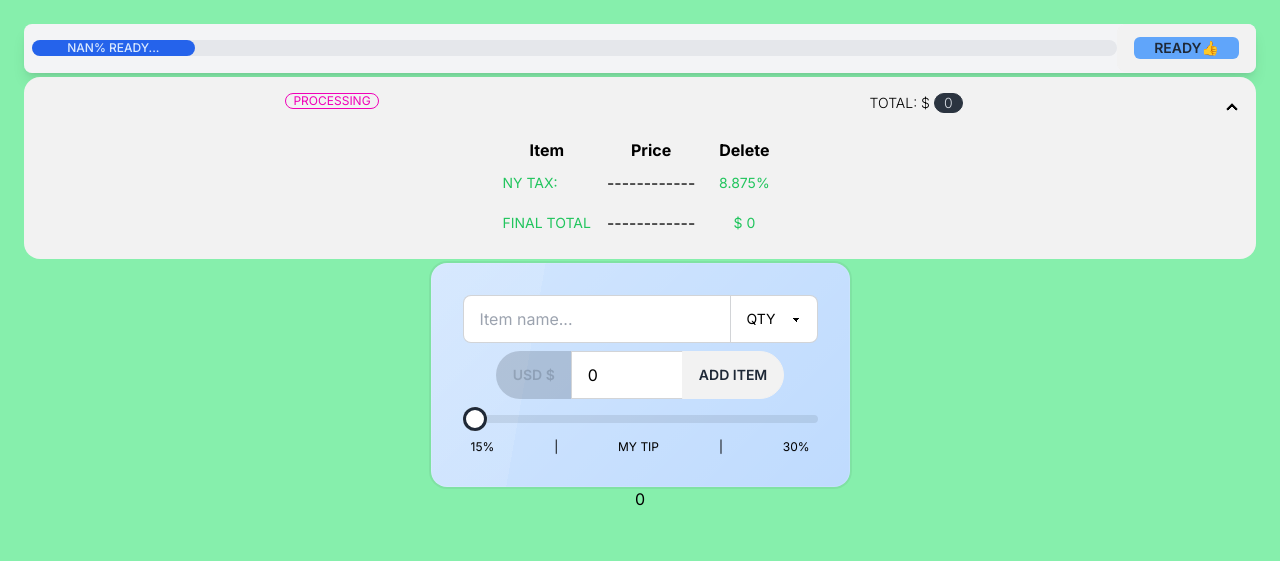
Repository: bitepay/bitepay-xyz
Page: /table
These files come from the project's save history. The page is drawn as it stood at one moment and after the next save; the edit follows.
The browser window is 1280 px wide. The pictures show the whole page.
The page's requests for data from a server got no answer. The project was rebuilt for these pictures with package versions that can differ from the ones it lists, and the page was loaded fresh each time. The framework's server and built-in components were replaced by stand-ins that run in the browser. No one was signed in, and anything a server would have sent is missing. Also part of the build but not shown: next.config.js.

Above is the page before, as saved 2023-06-28 07:47:19.

### src/pages/_app.js
import '@/styles/globals.css';
import { UserSocketProvider } from '@/context/UserSocketContext';

export default function App({ Component, pageProps }) {
  return (
    <UserSocketProvider>
      <Component {...pageProps} />
    </UserSocketProvider>
  )
}

### src/pages/table.js

// import Image from 'next/image'
import Head from "next/head"
// import Link from "next/link"
import { Inter } from 'next/font/google'

import { useUserSocketContext } from '@/context/UserSocketContext'

import { AddItemInput } from '@/components/AddItemInput'
import { ProgressBar } from '@/components/ProgressBar'
import { UserBill } from '@/components/UserBill'
import { MembersBill } from '@/components/MembersBill'

const inter = Inter({ subsets: ['latin'] })

export default function Table() {

  const { socket, user, tableMembers, setUser } = useUserSocketContext();

  if (user.tableID !== 0) {
    socket.emit('joinTable', user)
  }

  const handleUserDelete = (user, payload) => {
    socket.emit('userDeleteItem', {user, payload})
  };

  const handleUserUpdate = (user, payload) => {
    socket.emit('userUpdate', {user, payload})
  };

  const userUpdateStatus = (user) => {
    if (user.status === 'PROCESSING') {
      socket.emit('userUpdateStatus', { ...user, status: 'READY' })
    } else {
      socket.emit('userUpdateStatus', { ...user, status: 'PROCESSING' })
    }
  }

  return (
    <>
      <Head>
        <title>BitePay - Table</title>
        <meta name="description" content="The fastest and easiest way to divvy up the dining bill between your friends."></meta>
      </Head>

      <main className={`flex min-h-screen flex-col items-center p-6 ${inter.className} bg-green-300`} >

        <ProgressBar user={user} tableMembers={tableMembers} userUpdateStatus={userUpdateStatus} />
        <UserBill user={user} handleUserDelete={handleUserDelete} />
        <AddItemInput user={user} handleUserUpdate={handleUserUpdate} setUser={setUser} />
        <MembersBill tableMembers={tableMembers} userId={user.id}/>

      </main>
    </>
  )
}

### src/context/UserSocketContext.js
'use client';
import React, { createContext, useEffect, useState, useContext } from 'react'
import { io } from 'socket.io-client'


// Create a new context
const UserSocketContext = createContext({});

// Custom context provider component
export const UserSocketProvider = ({ children }) => {

  const [socket, setSocket] = useState(null);

  const [user, setUser] = useState({
    id: '',
    username: '',
    tableID: 0,
    myItems: [],
    tip: 15,
    total: 0,
    status: 'PROCESSING',
  });

  const [tableMembers, setTableMembers] = useState([]);

  // Establish the Socket.IO connection when the component mounts
  useEffect(() => {

    const socket = io('https://bitepay.xyz');
    setSocket(socket);

    socket.on('connect', () => {
      console.log('Successfully connected to the ws server!')
    })

    // set user id to the websocket id
    socket.on('setId', (data) => setUser((prevUser) => {
      prevUser.id = data
      return prevUser;
    }));

    // listen to events from ws server regarding members of the table
    socket.on('tableMembers', (data) => setTableMembers((prevTableMembers) => { return [...data.slice()] }));

    // listen to events from ws server regarding updates to tableMembers
    socket.on('tableMemberUpdate', (data) => {

      if (data.id === user.id) {
        setUser((prevUser) => {
          prevUser.myItems = data.myItems;
          prevUser.tip = data.tip;
          prevUser.total = data.total;
          prevUser.status = data.status;
          return prevUser;
        })
      }

      setTableMembers((prevTableMembers) => {
        return prevTableMembers.map((member) => {
          if (member.id === data.id) {
            member.myItems = data.myItems
            member.tip = data.tip
            member.total = data.total
            member.status = data.status
            return member
          } else {
            return member
          }
        })
      })
    });

    // listen to events from ws server regarding members leaving the table
    socket.on('userLeft', (data) => {
      setTableMembers((prevTableMembers) => {
        return prevTableMembers.filter((member) => {
          return member.id !== data.id
        })
      })
    });

    socket.on('disconnect', () => {
      console.log('Disconnected from the ws server!');
    });

    // Clean up the socket connection when the component unmounts
    return () => {
      socket.off('connect');
      socket.off('setId');
      socket.off('tableMembers');
      socket.off('tableMemberUpdate');
      socket.off('userLeft');
      socket.disconnect();
    };
  }, [user.id]);

  // Provide the socket object to the child components
  return (
    <UserSocketContext.Provider value={{socket, user, setUser, tableMembers, setTableMembers}}>
      {children}
    </UserSocketContext.Provider>
  );
};

// Export the SocketContext
export default UserSocketContext;

// Export a custom hook that can be used to consume this context
export const useUserSocketContext = () => useContext(UserSocketContext);

### src/components/AddItemInput.jsx
import { useState, useEffect } from 'react';

export const AddItemInput = ({ handleUserUpdate, user, setUser }) => {
	const [itemName, setItemName] = useState('');
	const [itemPrice, setItemPrice] = useState(0);
	const [itemQuantity, setItemQuantity] = useState(0);

	const handleClick = (e) => {
			if (itemQuantity === 0) {
					alert("Don't forget to add quantity!");
			}
			else if (itemPrice <= 0) {
					alert("Please don't forget to add your item's price!");
			}
			else if (itemName != "" && itemPrice > 0 && itemQuantity > 0) {
					const itemID = Math.ceil(Math.random()*1000000000);
					const payload = {itemID, itemName, itemPrice, itemQuantity};
					handleUserUpdate(user, payload);
					setItemName('');
					setItemPrice(0);
			} else {
					alert("Please fill out all fields");
			}
	}

	const handleTipChange = (e) => {
		e.preventDefault();
		setUser({...user, tip: parseInt(e.target.value)})
	}

	return (
		<>
			<div className="card glass w-auto bg-blue-200">
				<div className="card-body">
					<div className="join mx-auto">

						<input className="input input-bordered join-item max-w-34" placeholder="Item name..." value={itemName} onChange={(e) => {setItemName(e.target.value)}}/>

						<select className="select select-bordered join-item" value={itemQuantity} onChange={(e) => setItemQuantity(e.target.value)}>
							<option disabled value={0}>QTY</option>
							<option value={1/4}>
									1/4
							</option>
							<option value={1/3}>
									1/3
							</option>
							<option value={1/2}>
									1/2
							</option>
							<option value={1}>
									1
							</option>
							<option value={2}>
									2
							</option>
							<option value={3}>
									3
							</option>
							<option value={4}>
									4
							</option>
						</select>

					</div>
					<div className="mx-auto">
						<div className="join">
							<button className="btn join-item rounded-l-full" disabled="true">USD $</button>
							<input className="input input-bordered join-item w-28" placeholder="Price" type="number" value={itemPrice} onChange={(e) => {setItemPrice(e.target.value)}}/>
							<button className="btn join-item rounded-r-full" disabled={user.status === 'READY'} onClick={(e) => handleClick(e)}>ADD ITEM</button>
						</div>
					</div>
						<input type="range" className="range" min={15} max={30} value={user.tip} step={1} onChange={(e) => handleTipChange(e)} disabled={user.status === 'READY'} />
						<div className="w-full flex justify-between text-xs px-2">
							<span>15%</span>
							<span>|</span>
							<span>MY TIP</span>
							<span>|</span>
							<span>30%</span>
						</div>
				</div>
			</div>
		</>
	)
};

### src/components/ProgressBar.jsx
import { useState, useEffect } from 'react';

export const ProgressBar = ({ tableMembers, user, userUpdateStatus }) => {

  const [progress, setProgress] = useState(0);

  useEffect(() => {
    const completed = tableMembers.filter((member) => member.status === 'READY');
    const progress = Math.round(100 * ((completed.length / tableMembers.length) * 100)) / 100;
    setProgress(progress);

    console.log(`Re-render triggered from tableMember update in ProgressBar. Progress is now ${progress}%`)
  }, [tableMembers])

  const progressBar = (progress) => {
    if (progress === 100) {
      return (
          <div className="w-full bg-gray-200 rounded-full dark:bg-gray-700">
            <div className="bg-green-600 text-xs font-medium text-green-100 text-center p-0.5 leading-none rounded-full" style={{width: `${progress}%`}}> {progress}% COMPLETE! </div>
          </div>
      )
    } else {
      return (
        <div className="w-full bg-gray-200 rounded-full dark:bg-gray-700">
            <div className="bg-blue-600 text-xs font-medium text-blue-100 text-center p-0.5 leading-none rounded-full" style={{width: `${progress < 15 ? 15 : progress}%`}}> {progress}% READY... </div>
          </div>
      )
    }
  }

  const handleChange = () => {
    userUpdateStatus(user)
  }

  const toggleStatusButton = (status) => {
    return (
      <label className="btn swap swap-rotate">

        {/* this hidden checkbox controls the state */}
        <input type="checkbox" onChange={() => handleChange()} checked={user.status === 'READY'}/>

        {/* ready icon */}

        <div class="swap-on bg-red-400 p-1 rounded-md">Make changes</div>
        <div class="swap-off bg-blue-400 p-1 rounded-md">Ready👍</div>

        {/* not ready icon */}


      </label>
    )

  }



  return (

      <div className="w-full flex items-center justify-between mb-.5 mx-auto pl-2 overflow-hidden rounded-lg shadow-lg bg-gray-100 uppercase border-b border-gray-100">
          {progressBar(progress)}
        <div id="final-bill-button">
          {toggleStatusButton(user.status)}
        </div>
      </div>

  )
}

### src/components/UserBill.jsx
export const UserBill = ({ user, handleUserDelete }) => {

  const UserItem = (item) => {
    const { itemID, itemName, itemPrice, itemQuantity } = item

    return (
      <tr key={`user-item-${itemID}`}>
				<td className="px-4">{`${itemName} ${itemQuantity !== '1' ? `x ${itemQuantity}` : ''}`}</td>
				<td className="px-4">{itemPrice}</td>
				{/* This is where we need to add the delete button for User delete feature */}
				<td className="px-4">
          <button className="btn btn-circle btn-error" onClick={() => handleUserDelete(user, item)} disabled={user.status === 'READY'}>
          <svg xmlns="http://www.w3.org/2000/svg" class="h-6 w-6" fill="none" viewBox="0 0 24 24" stroke="currentColor"><path stroke-linecap="round" stroke-linejoin="round" stroke-width="2" d="M6 18L18 6M6 6l12 12" /></svg>
          </button>
        </td>
			</tr>
    )
  }

  return (
    <div className="collapse collapse-arrow bg-base-200 m-1">
      <input type="radio" name="my-accordion-2" defaultChecked="true"/>
      <div className="collapse-title">
        {/* This is where we need to render name, status, and total */}
        <div className="flex justify-around">
          <div className="flex flex-col">
            <div className="text-lg font-medium">
              {user.username}
            </div>
            <div className={`badge badge-sm text-xs ${user.status === 'READY' ? 'badge-accent' : 'badge-secondary badge-outline'}`}>
              {user.status === 'READY' ? 'READY' : 'PROCESSING'}
            </div>
          </div>
          <div className="text-sm font-light my-auto">
            TOTAL{': $ '}
            <div className={`badge ${user.status === 'READY' ? 'badge-primary' : 'badge-neutral'}`}>
              {Math.round(100 * ((((1+(user.tip / 100))) * user.total) + (user.total * .08875))) / 100}
            </div>
          </div>

        </div>
      </div>
      <div className="collapse-content">
        {/* This is where I need to map through user items */}
        <table className="table-auto mx-auto text-center">
          <thead>
            <tr>
              <th className="px-4">Item</th>
              <th className="px-4">Price</th>
              <th className="px-4">Delete</th>
            </tr>
          </thead>
          <tbody>
            {user.myItems.map((item) => UserItem(item))}
            <tr>
              <td className="p-2 whitespace-nowrap">
                <div className="text-left text-sm text-green-500">NY TAX:</div>
              </td>
              <td className="p-2 whitespace-nowrap">
                <div className="text-center">------------</div>
              </td>
              <td className="p-2 whitespace-nowrap">
                <div className="text-sm text-center  text-green-500">8.875%</div>
              </td>
            </tr>
            <tr>
              <td className="p-2 whitespace-nowrap">
                <div className="text-left text-sm text-green-500">FINAL TOTAL</div>
              </td>
              <td className="p-2 whitespace-nowrap">
                <div className="text-center">------------</div>
              </td>
              <td className="p-2 whitespace-nowrap">
                <div className="text-sm text-center  text-green-500">$ {
                Math.round(100 * ((((1+(user.tip / 100))) * user.total) + (user.total * .08875))) / 100
                }</div>
              </td>
            </tr>
          </tbody>
        </table>
      </div>
    </div>
  )
}

### src/components/MembersBill.jsx
export const MembersBill = ({ tableMembers, userId }) => {

  const MemberItem = (item) => {
    const { itemID, itemName, itemPrice, itemQuantity } = item

    return (
      <tr key={`member-item-${itemID}`}>
        <td className="px-5">{itemName}</td>
        <td className="px-5">{itemQuantity}</td>
        <td className="px-5">{itemPrice}</td>
        <td className="px-5">{' '}</td>
      </tr>
    )
  }

  return (
    <>
      {tableMembers.length && tableMembers.map((member) => {
        if (member.id !== userId) {
          return (
            <div key={`${member.id}-list-items`} className="collapse collapse-arrow bg-base-200 m-1">
              <input type="radio" name="my-accordion-2"/>
              <div className="collapse-title text-xl font-medium">
                {/* This is where we need to render name, status, and total */}
                {member.username}
              </div>
              <div className="collapse-content">
              <table className="table-auto mx-auto">
                <thead>
                  <tr>
                    <th className="px-5">Item</th>
                    <th className="px-5">Quantity</th>
                    <th className="px-5">Price</th>
                    <th className="px-5"></th>
                  </tr>
                </thead>
                <tbody>
                  {member.myItems?.length ? member.myItems.map((item) => MemberItem(item)) : <tr key="user-no-items"><td>No items yet</td></tr>}
                </tbody>
                </table>
              </div>
            </div>
          )
        }
      })}
    </>
  )
};

### tailwind.config.js
/** @type {import('tailwindcss').Config} */
module.exports = {
  content: [
    './src/pages/**/*.{js,ts,jsx,tsx,mdx}',
    './src/components/**/*.{js,ts,jsx,tsx,mdx}',
    './src/app/**/*.{js,ts,jsx,tsx,mdx}',
  ],
  theme: {
    extend: {
      backgroundImage: {
        'gradient-radial': 'radial-gradient(var(--tw-gradient-stops))',
        'gradient-conic':
          'conic-gradient(from 180deg at 50% 50%, var(--tw-gradient-stops))',
      },
    },
  },
  daisyui: {
    themes: [
      "light",
      "dark"
    ],
  },
  plugins: [require("daisyui")],
}

Loaded but not shown: src/pages/_document.js (common file); src/styles/globals.css (common file)

After the next save:
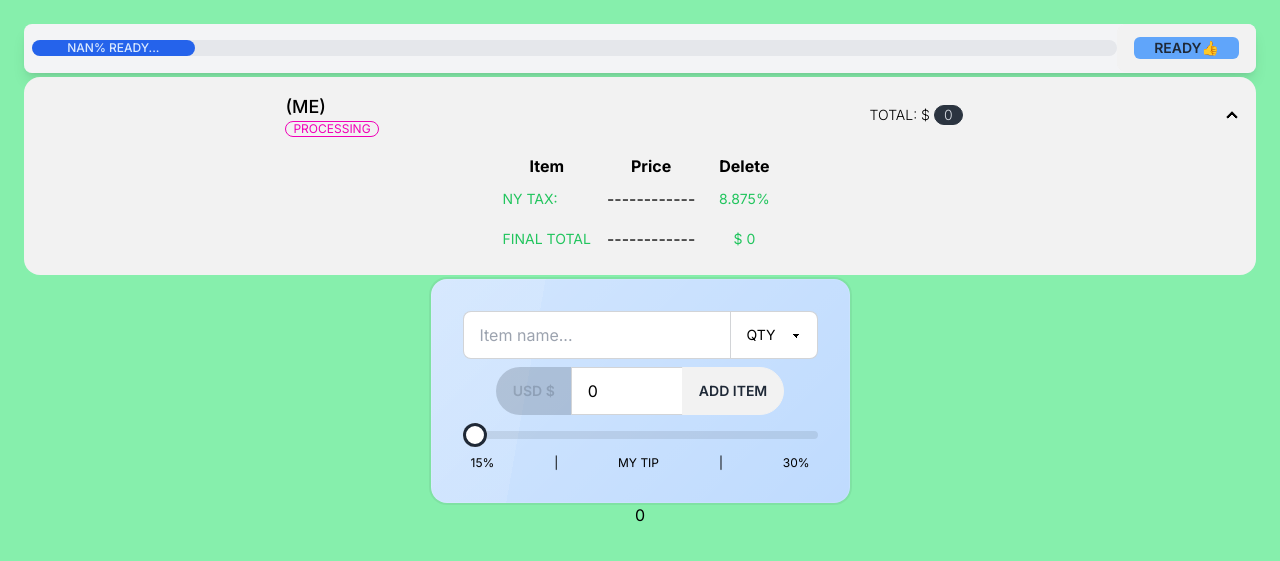
Saved 9 min 8 s later.
--- a/src/components/UserBill.jsx
+++ b/src/components/UserBill.jsx
@@ -25,7 +25,7 @@ export const UserBill = ({ user, handleUserDelete }) => {
         <div className="flex justify-around">
           <div className="flex flex-col">
             <div className="text-lg font-medium">
-              {user.username}
+              {user.username} (ME)
             </div>
             <div className={`badge badge-sm text-xs ${user.status === 'READY' ? 'badge-accent' : 'badge-secondary badge-outline'}`}>
               {user.status === 'READY' ? 'READY' : 'PROCESSING'}
